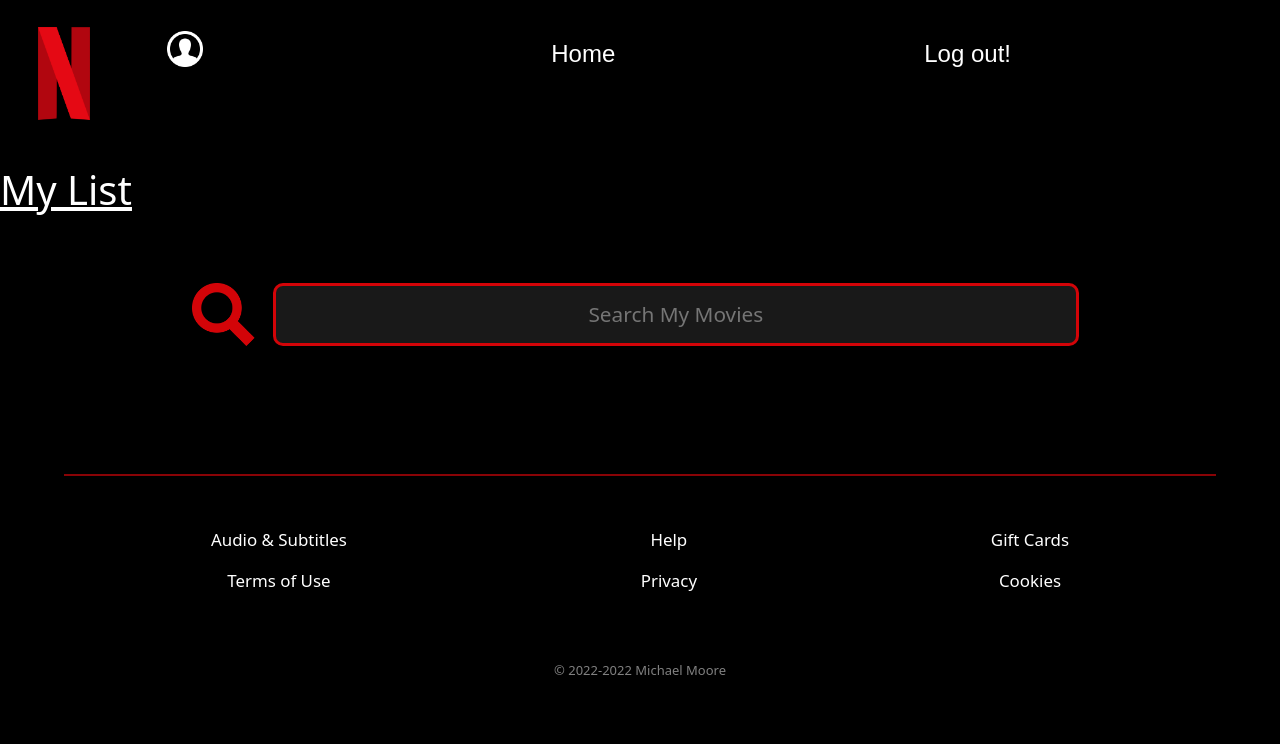
Repository: MikeMoore55/Vue-NetflixClone-main
Page: src/pages/watch-list-page.html
An editor plug-in stored every save of this project. The page is shown before and after the next save, followed by the edit.
The browser window is 1280 px wide. The pictures show the whole page.

Above is the page before, as saved 2022-05-08 11:58:52.
Console error: TypeError: Cannot read properties of null (reading '0')

### src/pages/watch-list-page.html
<!DOCTYPE html>
<html lang="en">
<head>
    <meta charset="UTF-8">
    <meta http-equiv="X-UA-Compatible" content="IE=edge">
    <meta name="viewport" content="width=device-width, initial-scale=1.0">
    <!-- bootstrap link -->
    <link rel="stylesheet"  href="https://cdn.jsdelivr.net/npm/bootstrap@5.1.3/dist/css/bootstrap.min.css" integrity="sha384-1BmE4kWBq78iYhFldvKuhfTAU6auU8tT94WrHftjDbrCEXSU1oBoqyl2QvZ6jIW3" crossorigin="anonymous">

    <script src="https://cdn.jsdelivr.net/npm/bootstrap@5.1.3/dist/js/bootstrap.bundle.min.js" integrity="sha384-ka7Sk0Gln4gmtz2MlQnikT1wXgYsOg+OMhuP+IlRH9sENBO0LRn5q+8nbTov4+1p" crossorigin="anonymous"></script>
    <!-- css link -->
    <link rel="stylesheet" href="/src/css/watchlist.css">
    <!-- vue cdn -->
    <script src="https://unpkg.com/vue@3" defer></script>
    <!-- js script -->
    <script src="/src/js/watchlist.js" defer></script>
    <title>My List</title>
    <link rel="icon" href="/src/images/netflix-N-logo-img.png">
</head>
<body>
    <div id="watch-list">

    </div>

</body>
</html>

### src/css/watchlist.css
* {
  box-sizing: border-box;
}

body {
  background-color: black;
}

.nav-med {
  display: none;
}

.nav {
  position: fixed;
  z-index: 1;
  top: 0%;
  left: 0%;
  width: 100%;
  height: 10%;
}

.navbar-override {
  background-color: transparent;
  border-radius: none;
  top: 0%;
  left: 0%;
  right: 0%;
  height: 10%;
}

.netflix-logo {
  position: fixed;
  width: 7%;
  left: 2%;
  top: 2%;
  margin: 0%;
  padding: 0%;
}

.nav-list-div-override {
  position: fixed;
  top: 10%;
  left: 0%;
  right: 0%;
  background-color: transparent;
}
.nav-list-override {
  position: relative;
  top: 30%;
}

.nav-btn {
  border: none;
  background-color: transparent;
}

.nav-icon {
  position: fixed;
  top: 3%;
  right: 2%;
  width: 2em;
}

.nav-item-override {
  color: white;
  text-align: right;
}

.nav-link-override {
  color: white;
}

.user-pic{
  width: 1.5em;
}

.user-name {
  color: white;
  font-family: Arial, Helvetica, sans-serif;
  font-size: 1.5em;
  margin: 2% 2% 2% 2%;
  z-index: 5;
}

.home {
  color: white;
  font-family: Arial, Helvetica, sans-serif;
  font-size: 1.5em;
  padding: 2% 2% 2% 2%;
  margin: 2% 2% 2% 2%;
  border: none;
  background-color: transparent;
}

.my-list-btn:active {
  text-decoration: underline #d30408;
}

.log-out {
  color: white;
  font-family: Arial, Helvetica, sans-serif;
  font-size: 1.5em;
  padding: 2% 2% 2% 2%;
  margin: 2% 2% 2% 2%;
  border: none;
  background-color: transparent;
}

.log-out:active {
  text-decoration: underline;
}

.main {
  position: relative;
  top: 20%;
}

h1{
    position: relative;
    color: white;
    text-decoration: underline;
    font-size: 2.5em;
    margin-top: 20%;
}

.search-container{
  position: relative;
  width: 70%;
  left: 15%;
  right: 15%;
  display: flex;
}

.search-img{
  width: 15%;
  height: 15%;
  margin-right: 5%;
  margin-top: 0.5%;
}

.search {
  position: relative;
  width: 80%;
  text-align: center;
  margin-top: 0.5%;
  padding: 1% 2% 1% 2%;
  background-color: rgba(32, 32, 32, 0.8);
  border: solid #d30408 3px;
  border-radius: 10px;
  font-size: 1.3em;
}

.movie-list {
  list-style: none;
}

.movie-item {
  padding: 2% 5% 2% 5%;
  width: 80%;
  right: 10%;
  left: 5%;
  position: relative;
  margin: 5% 0% 5% 0%;
  background-color: rgba(32, 32, 32, 0.8);
}

.movie-name {
  text-align: center;
  font-size: 2em;
  color: white;
}

.movie-img {
  width: 100%;
}

.movie-info {
  text-align: center;
  font-size: 1.5em;
  color: white;
}

.buttons{
  position: relative;
  width: 50%;
  left: 25%;
  right: 25%;
  margin-top: 10%;
  margin-bottom: 5%;
  display: flex;
}

.buttons:active{
  transform: scale(0.9);
}

.preview-btn{
  background-color: transparent;
  border: none;
  width: 50%;
}

.preview-btn:active{
  transform: scale(0.9);
}

.preview-icon{
  width: 100%;
}

.preview-icon:active{
  transform: scale(0.9);
}

.remove-btn{
    border: none;
    background-color: transparent;
    width: 50%;
}

.remove-btn:active{
  transform: scale(0.9);
}

.remove-icon{
    width: 100%;
}

.remove-icon:active{
  transform: scale(0.9);
}

footer {
  color: grey;
  font-size: 13px;
  position: relative;
  bottom: 0%;
  left: 0%;
  right: 0%;
}

footer .footer-grid {
  border-top: solid 2px #890306;
  padding: 4% 0% 4% 0%;
  margin: 5% 5% 0% 5%;
  display: grid;
  grid-template-columns: auto auto auto;
}

footer .footer-grid-wrapper {
  list-style-type: none;
  color: white;
  font-size: 1.3em;
  text-align: center;
}

footer .footer-grid-wrapper:hover {
  text-decoration: underline #d30408;
}

.author {
  text-align: center;
  margin: 0% 0% 5% 0%;
  color: grey;
  font-size: 1em;
}

@media(min-width: 570px){

  .nav-small {
    display: none;
  }

  .nav-med {
    display: block;
    position: fixed;
    top: 0%;
    left: 0%;
    right: 0%;
    height: 10%;
    width: 100%;
    background-color: transparent;
    z-index: 5;
  }

  .nav-list {
    position: fixed;
    top: 3%;
    right: 3%;
    left: 10%;
    width: 90%;
    list-style: none;
    display: grid;
    grid-template-columns: 33.3% 33.3% 33.3%;
    z-index: 5;
  }

  .nav-list-item {
    margin: 0% 1% 0% 1%;
    z-index: 5;
  }

  .user-item{
    display: flex;
  }

  .user-pic{
    width: 1.5em;
  }

  .user-name{
    font-size: 1.5em;
  }

  .netflix-logo {
    width: 5%;
    margin: 1%;
    z-index: 5;
  }

  .search-container{
    position: relative;
    width: 70%;
    left: 15%;
    right: 15%;
    display: flex;
    margin-top: 5%;
  }

  .search-img{
    width: 12%;
    height: 12%;
    margin-right: 3%;
    margin-top: 0.5%;
  }

  .search {
    width: 85%;
    text-align: center;
    margin-top: 0.5%;
    font-size: 1.5em;
    padding: 1% 1% 1% 1%;
  }

  .movie-list{
    position: relative;
    left: 0.5%;
    display: grid;
    grid-template-columns: 33.3% 33.3% 33.3%;
    width: 95%;
    margin-top: 5%;
  }

  .movie-item{
    margin: 2% 2% 2% 2%;
    width: 96%;
  }

  .buttons{
    position: relative;
    width: 60%;
    left: 20%;
    right: 20%;
    margin-top: 10%;
    margin-bottom: 5%;
    display: flex;
  }
}

@media(min-width: 1000px){

  h1{
    margin-top: 13%;
  }

  .netflix-logo{
    width:4%;
  }


  .search-container{
    position: relative;
    width: 70%;
    left: 15%;
    right: 15%;
    display: flex;
  }

  .search-img{
    width: 7%;
    height: 7%;
    margin-right: 2%;
    margin-top: 0.5%;
  }

  .search {
    position: relative;
    width: 90%;
    text-align: center;
    margin-top: 0.5%;
    padding: 1% 2% 1% 2%;
    background-color: rgba(32, 32, 32, 0.8);
    border: solid #d30408 3px;
    border-radius: 10px;
    font-size: 1.3em;
  }

  .movie-list{
    position: relative;
    left: 0.5%;
    display: grid;
    grid-template-columns: 25% 25% 25% 25%;
    width: 95%;
  }

  .movie-item{
    margin: 2% 2% 2% 2%;
    width: 96%;
  }
}

### src/js/watchlist.js
const LOGGED_IN_USER_KEY = "logged-in-user-storage-key";
const WATCH_LIST_KEY = "watch-list-storage-key";


const {createApp} = window.Vue

const component = {

  data() {
    return {
      userArray: [],
      username: "",
      search: "",
      watchListArray: [],
    };
  },

  methods: {
    removeFromWatchList(index) {
      this.watchListArray = JSON.parse(
        localStorage.getItem(WATCH_LIST_KEY)
      );
      this.watchListArray.splice(index, 1);
      localStorage.setItem(
        WATCH_LIST_KEY,
        JSON.stringify(this.watchListArray)
      );
    },

    homeBtn() {
      window.location.href = "/src/pages/home-page.html";
    },

    logout() {
      localStorage.removeItem(LOGGED_IN_USER_KEY);
      window.location.href = "../../index.html";
    },
  },

  computed: {
    filterWatchList() {
      return this.watchListArray.filter((movie) => {
        return movie.name.toLowerCase().includes(this.search.toLowerCase());
      });
    },
  },

  mounted() {
    this.userArray = JSON.parse(localStorage.getItem(LOGGED_IN_USER_KEY));
    this.username = this.userArray[0]._username;

    if (!localStorage.getItem(WATCH_LIST_KEY)) {
      let initArray = [];
      localStorage.setItem(WATCH_LIST_KEY, JSON.stringify(initArray));
    }

    this.watchListArray = JSON.parse(localStorage.getItem(WATCH_LIST_KEY));
  },


  template: /* html */
  `
  <div class="nav-small">
    <div class="container">
    <nav class="navbar navbar-expand-lg navbar-light fixed-top navbar-override fluid" aria-label="Eleventh navbar example">
      <div class="container-fluid">
        <a class="navbar-brand" href="#"><img class="netflix-logo" src="/src/images/netflix-N-logo-img.png" /></a>
        <button class="nav-btn" type="button" data-bs-toggle="collapse" data-bs-target="#navbarsExample09" aria-controls="navbarsExample09" aria-expanded="false" aria-label="Toggle navigation">
          <img class="nav-icon" src="/src/images/menu-icon.png">
        </button>

        <div class="collapse navbar-collapse nav-list-div-override" id="navbarsExample09">
          <ul class="navbar-nav me-auto mb-2 mb-lg-0 nav-list-override">
            <li class="nav-item nav-item-override">
            <p class="user-name">
              <img class="user-pic" src="/src/images/user-icon.png">
              {{username}}
            </p>
            </li>
            <li class="nav-item nav-item-override">
            <button class="home" @click="homeBtn">Home</button>
            </li>
            <li class="nav-item nav-item-override">
              <button class="log-out" @click="logout">Log out!</button>
            </li>
          </ul>

        </div>
      </div>
    </nav>
  </div>
</div>
<div class="nav-med">
      <img class="netflix-logo" src="/src/images/netflix-N-logo-img.png" />
      <ul class="nav-list">
        <li class="user-item">
          <p class="user-name">
          <img class="user-pic" src="/src/images/user-icon.png">
          {{username}}
          </p>
        </li>
        <li class="nav-list-item">
          <button class="home" @click="homeBtn">Home</button>
        </li>
        <li class="nav-list-item">
          <button class="log-out" @click="logout">Log out!</button>
        </li>
      </ul>
    </div>

<section class="main">
  <h1 class="list-heading">My List</h1>

  <div class="search-container">
    <img class="search-img" src="/src/images/search-icon.png">
    <input type="text" v-model="search" class="search" placeholder="Search My Movies">
  </div>

  <ul class="movie-list">
    <li class="movie-item" v-for="(movie, index) in filterWatchList" :key="movie.id">
      <span class="movie-name">{{ movie.name }}</span>
      <br/>
      <img class="movie-img" v-bind:src="movie.thumbnail">
      <br/>
      <span class="movie-info">{{ movie.genre }}</span>
      <br/>
      <span class="movie-info">{{ movie.availDate }}</span>
      <br/>

      <div class="buttons">
        <button class="preview-btn">
        <a :href="movie.preview">
        <img class="preview-icon" src="/src/images/preview-icon.png"/>
        </a>
        </button>
        <button class="remove-btn" @click="removeFromWatchList(index)">
        <img class="remove-icon" src="/src/images/cancel-icon.png">
        </button>
        </div>
    </li>
  </ul>
</section>

<footer>
    <div class="footer-grid">

      <p class="footer-grid-wrapper">Audio & Subtitles</p>
      <p class="footer-grid-wrapper">Help</p>
      <p class="footer-grid-wrapper">Gift Cards</p>

      <p class="footer-grid-wrapper">Terms of Use</p>
      <p class="footer-grid-wrapper">Privacy</p>
      <p class="footer-grid-wrapper">Cookies</p>

    </div>

    <p class="author">© 2022-2022 Michael Moore</p>
  </footer>

  `,
}

window.addEventListener('DOMContentLoaded',  () => {
    const app = createApp(component)
    app.mount("#watch-list")
} )

After the next save:
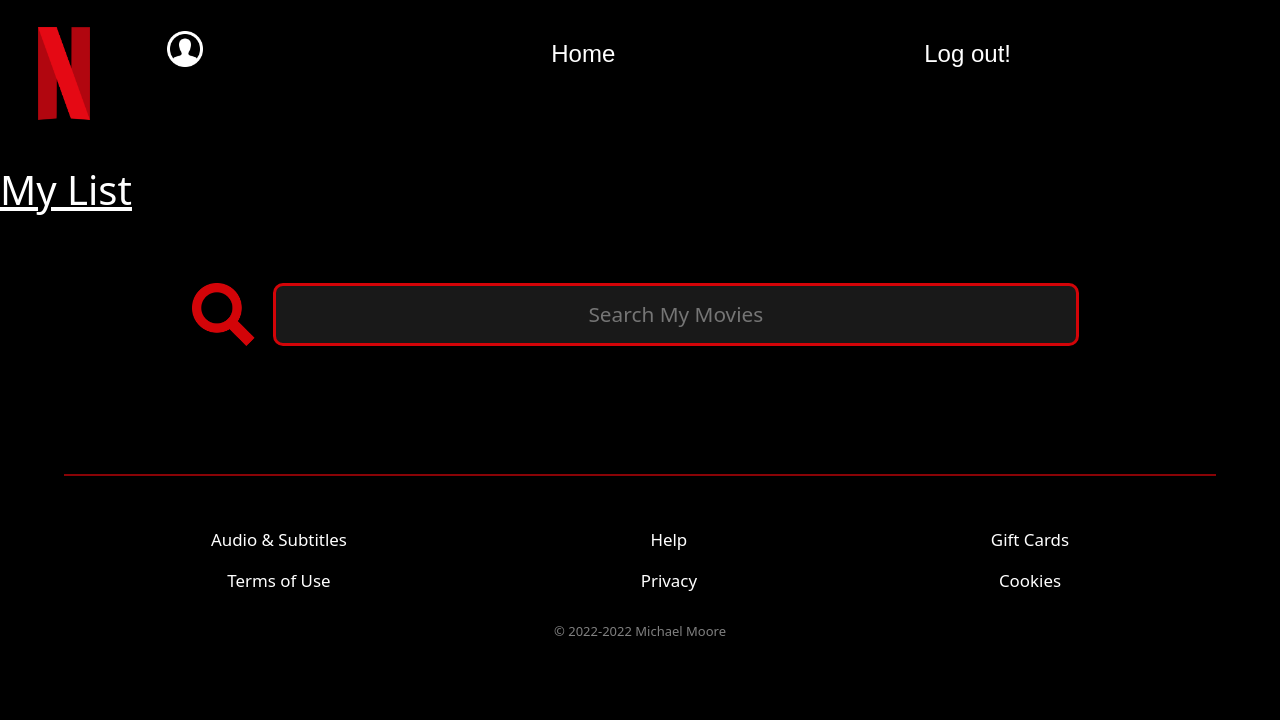
Saved 24 s later.
--- a/src/css/watchlist.css
+++ b/src/css/watchlist.css
@@ -241,7 +241,7 @@
 
 footer .footer-grid {
   border-top: solid 2px #890306;
-  padding: 4% 0% 4% 0%;
+  padding: 4% 0% 1% 0%;
   margin: 5% 5% 0% 5%;
   display: grid;
   grid-template-columns: auto auto auto;
